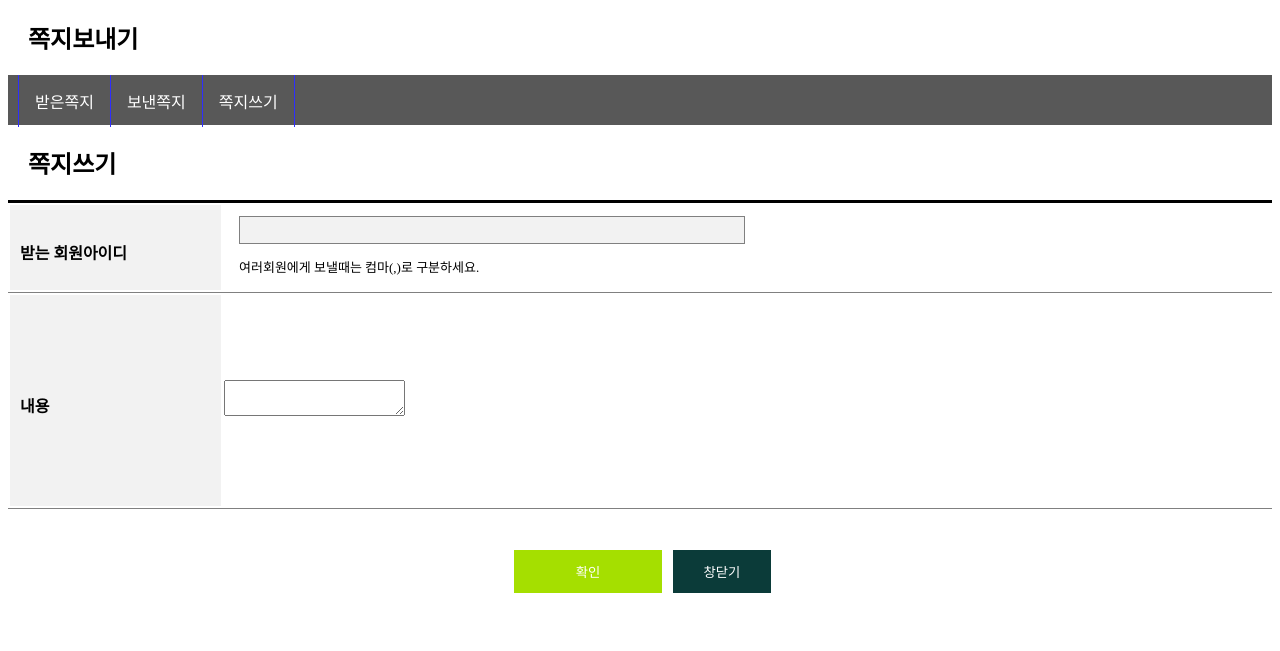
Repository: ks12b0000/JSP-School-Class
Page: chap10_JSP/src/main/webapp/Test/sendMessage.html
The author's editor kept a copy of each file at every save. The page is drawn from the files as they stood at one save, then again after the next save.
The browser window is 1280 px wide. The pictures show the whole page.

Above is the page before, as saved 2022-06-04 12:00:54.

### chap10_JSP/src/main/webapp/Test/sendMessage.html
<!DOCTYPE html>
<html>
<head>
	<meta charset="UTF-8">
	<meta name="viewport" content="width=device-width, initial-scale=1.0">
	<title>쪽지쓰기</title>
	<link rel="stylesheet" href="loginWrite.css" />
</head>
<body>
	<h2>쪽지보내기</h2>
	<div class="menu1">
		<ul>
			<li><a href="#" id="a1">받은쪽지</a></li>
			<li><a href="#">보낸쪽지</a></li>
			<li><a href="#">쪽지쓰기</a></li>
		</ul>
	</div>
	<h2>쪽지쓰기</h2>
	<table class="Profile3">
		<tr>
			<th id="id12"><strong>받는 회원아이디</strong></th>
			<td><input type="text" /><br/><p>여러회원에게 보낼때는 컴마(,)로 구분하세요.</p></td>
		</tr>
	</table>
	<table class="Profile4">
		<tr>
			<th id="id13"><strong>내용</strong></th>
			<td><textarea required></textarea></td>
		</tr>
	</table>
	<div class="button12">
		<a href="#"><input id="Confirm12" type="button" value="확인" /></a>
		<a href="messageBox.html"><input id="close12" type="button" value="창닫기" /></a>
	</div>
</body>
</html>

### chap10_JSP/src/main/webapp/Test/loginWrite.css
@charset "UTF-8";
	body h2 {
		margin-left: 20px;
	}
	.login1 {
		width: 500px;
		border: 1px solid gray;
		margin: 40px;
		padding: 40px;

	}
	.login1 #id {
		width: 400px;

		padding: 4px;
	}
	.login1 #id input {

		margin-left: 30px;
	}
	.login1 #pw {

		padding: 4px;
	}
	.login1 #pw input {

		margin-left: 52px;
	}
	.login1 #login_Bt {
		text-align: right;
		margin-top: -50px;
		margin-right: 120px;
	}
	.login1 #login_Bt input {
		margin-left: 5px;
		padding: 12px;
		border: 1px solid white;
		background-color: #A5DF00;
		color: white;
	}
	.login1 #login_Ck {
		margin-top: 10px;
	}
	.login2 {
		border: 1px solid gray;
		font-size: 13px;
		background-color: #F2F2F2;
		width: 500px;
		margin: 40px;
		padding: 40px;
		margin-top: -50px;

	}
	.login2 h3 {
		margin-top: -20px;
		margin-left: -30px;
	}
	.login2 p {
		margin-top: -20px;
		margin-left: -30px;
	}
	.login2 form {
		margin-top: 10px;
		margin-left: 250px;

	}
	.login2 #idpw_bt {
		border: 1px solid white;
		background-color: #A5DF00;
		color: white;
	}
	.login2 #signup {
		border: 1px solid #BFFF00;
		background-color: white;
		color: #80FF00;
	}
	body #mainback {
		margin-left: 220px;
		text-decoration: none;
		color: black;
	}
	body #em2 {
		border-top: 1px solid gray;
		margin-left: 20px;
		padding-top: 15px;
	}
	#email1 {
		margin-left: 20px;
		font-size: 19px;
	}
	#email1 input {
		width: 500px;
		height: 30px;
	}
	.button {
		margin-top: 40px;
		margin-left: 250px;
	}
	.button #Confirm {
		margin-left: 5px;
		padding: 12px;
		width: 150px;
		border: 1px solid white;
		background-color: #A5DF00;
		color: white;
	}
	.button #close {
		margin-left: 5px;
		padding: 12px;
		width: 100px;
		border: 1px solid white;
		background-color: #0B3B39;
		color: white;
	}
	body #tm2 {
		color: red;
		text-align: center;
	}
	body #tm3,#tm5 {
		text-align: center;
	}
	body #tm4,#tm6 {
		border: 1px solid black;
		width: 1300px;
		height: 300px;
		background-color: #D8D8D8;
		margin-left: 10px;
	}
	#terms_Ck,#terms_Ck2 {
		text-align: right;
	}
	#signup3 {
		text-align: center;
	}
	#signup3 input {
		margin-left: 5px;
		padding: 12px;
		border: 1px solid white;
		background-color: #A5DF00;
		color: white;
	}
	.button3 {
		text-align: right;
		margin-top: -50px;
		margin-right: 10px;
	}
	.button3 #notebox {
		border: 1px solid #BFFF00;
		background-color: white;
		color: #80FF00;
		padding: 6px;
	}
	.button3 #Revise {
		border: 1px solid #BFFF00;
		background-color: white;
		color: #80FF00;
		padding: 6px;
	}
	.button3 #secession {
		border: 1px solid white;
		background-color: #A5DF00;
		color: white;
		padding: 6px;
	}
	.Profile111 {
		border: 1px solid gray;
		border-collapse: collapse;
		margin-top: 15px;
		width: 100%;
		height: 150px;
		background-color: #FAFAFA;
	}
	.Profile111 #Profile112 {
		border-bottom: 1px solid gray;
	}
	.Profile2 {
		border-top: 3px solid black;
		width: 100%;
		background-color: #F2F2F2;
		height: 50px;
		border-bottom: 1px solid gray;
		margin-top: 20px;
	}
	#hh3 {
		margin-left: 10px;
	}
	.Contents {
		text-align: center;
		margin-top: 100px;
		border-bottom: 1px solid gray;
		height: 100px;
	}
	.menu1 ul {
		background-color: #585858;
		height: 50px;
		margin: 0;
		padding: 0;
		list-style: none;

	}
	.menu1 li {
		float: left;
		border-right: 1px solid #2E2EFE;
	}
	.menu1 li a {
		padding-left: 10px;
		color: white;
		text-decoration: none;
		display: block;
		text-align: center;
		padding: 14px 16px;
	}
	.menu1 #a1 {
		border-left: 1px solid #2E2EFE;
		margin-left: 10px;
	}
	.guide {
		text-align: left;
	}
	.button2 {
		text-align: center;
	}
	.button2 #close2 {
		text-align: center;
		padding: 10px;
		width: 80px;
		border: 1px solid white;
		background-color: #0B4C5F;
		color: white;
	}
	.Profile3 {
		border-top: 3px solid black;
		width: 100%;
		height: 50px;
		margin-top: 20px;
	}
	.Profile3 #id12 {
		margin-top: 20px;
		padding-left:10px;
		padding-top: 10px;
		text-align: left;
		width: 200px;
		background-color: #F2F2F2;
		height: 60px;
	}
	.Profile3 input {
		background-color: #F2F2F2;
		margin-left: 15px;
		margin-top: 10px;
		padding-top: 10px;
		border: 1px solid gray;
		width: 500px;
		text-align: left;
	}
	.Profile3 p {
		font-size: 13px;
		margin-left: 15px;

	}
	.Profile4 {
		border-top: 1px solid gray;
		border-bottom: 1px solid gray;
		width: 100%;
		height: 50px;
	}
	.Profile4 #id13 {
		margin-top: 20px;
		padding-left:10px;
		padding-top: 10px;
		text-align: left;
		width: 200px;
		background-color: #F2F2F2;
		height: 200px;
	}
	.Profile4 #ucontent {
		background-color: #F2F2F2;
		margin-left: 15px;
		margin-top: 10px;
		padding-top: 10px;
		border: 1px solid gray;
		width: 700px;
		height: 200px;
		text-align: left;
	}
	.button12 {
		margin-top: 40px;
		text-align: center;
	}
	.button12 #Confirm12 {
		margin-left: 5px;
		padding: 12px;
		width: 150px;
		border: 1px solid white;
		background-color: #A5DF00;
		color: white;
	}
	.button12 #close12 {
		margin-left: 5px;
		padding: 12px;
		width: 100px;
		border: 1px solid white;
		background-color: #0B3B39;
		color: white;
	}

After the next save:
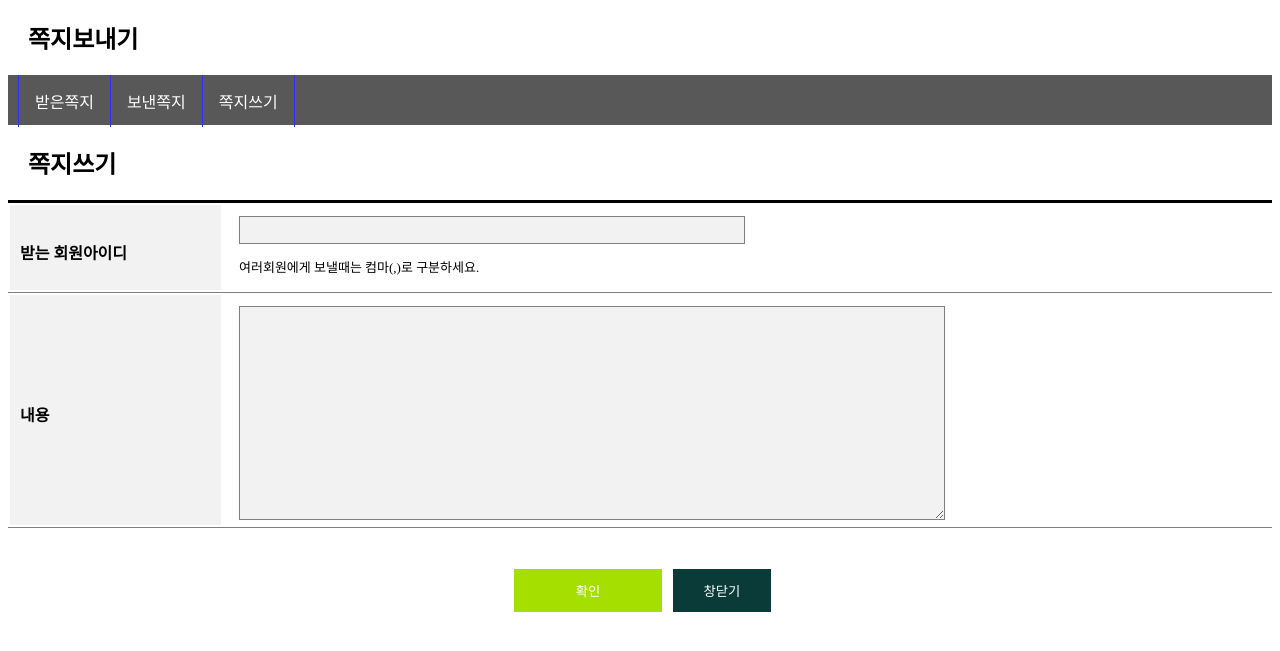
Saved 11 s later.
--- a/chap10_JSP/src/main/webapp/Test/sendMessage.html
+++ b/chap10_JSP/src/main/webapp/Test/sendMessage.html
@@ -25,7 +25,7 @@
 	<table class="Profile4">
 		<tr>
 			<th id="id13"><strong>내용</strong></th>
-			<td><textarea required></textarea></td>
+			<td><textarea name="content" id="ucontent" required></textarea></td>
 		</tr>
 	</table>
 	<div class="button12">
